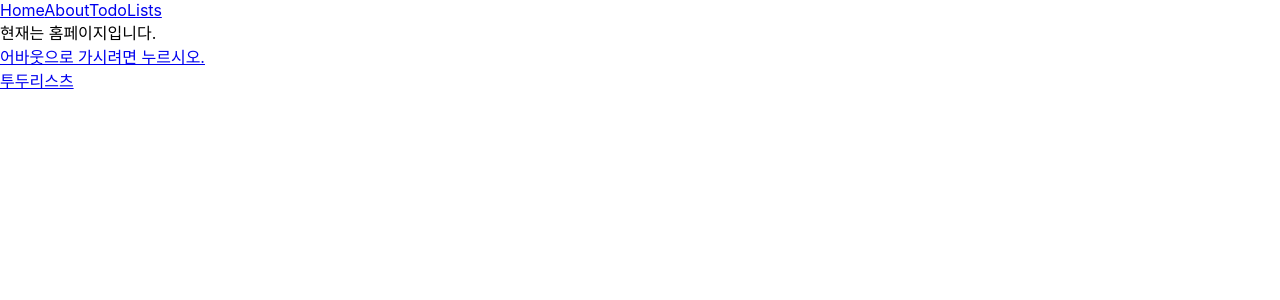
Repository: codest00001/cra-app_reactstudy
Page: /
The author's editor kept a copy of each file at every save. The page is drawn from the files as they stood at one save, then again after the next save.
The browser window is 1280 px wide. The pictures show the whole page.
The project was rebuilt for these pictures with package versions that can differ from the ones it lists, and the page was loaded fresh each time. Also part of the build but not shown: src/pages/About.js, src/pages/TodoLists.js.

Above is the page before, as saved 2024-09-11 10:58:14.

### src/index.js
import React from 'react'; //노드모듈안에 리액트가 있나보다하고 가져옴. 앞에 / 이런식의 경로 없으면 npm에서 설치된거구나하고생각.
import ReactDOM from 'react-dom/client';
import './index.css';
import App from './App';
//App.js에서 .js는 생략가능. 이렇게 불러와야 쓸 수 있음.
//아래에서 <APP />으로 사용
//app.js에서는 export해줘야함. 여기서는 임포트. 불러올 대상은 export마지막에 할 것.
import reportWebVitals from './reportWebVitals';

//index.html의 root를 가져옴.
//app.js로 가서 실행

const root = ReactDOM.createRoot(document.getElementById('root'));
root.render(
  //app.js로 가서 실행
  // <React.StrictMode>
    <App />
  // </React.StrictMode>
);

// If you want to start measuring performance in your app, pass a function
// to log results (for example: reportWebVitals(console.log))
// or send to an analytics endpoint. Learn more: https://bit.ly/CRA-vitals
reportWebVitals();

### src/App.js
import React, { useEffect, useState } from 'react';
import { BrowserRouter as Router, Routes, Route} from "react-router-dom";
import Home from './pages/Home'
import About from './pages/About'
import TodoLists from './pages/TodoLists'
import Nav from './components/Nav'

function App() {

  return (
  <>
  <Router>
  <Nav/>

    <Routes>
      <Route path="/" element={<Home/>}></Route>
      <Route path="/about" element={<About/>}></Route>
      <Route path="/todolists" element={<TodoLists/>}></Route>
      <Route ></Route>
    </Routes>
  </Router>

  </>
  );
}

export default App;

### src/pages/Home.js
// const Home = () => {

//     //a 태그를 쓰는 경우 즉 about 갈 때 깜빡거림. 풀페이지를 로드한다는 것임. 타이틀도 한 번 리셋이 되는 것임.
//     //페이지 내에서 이동할 때는 link 사용하기. 라우터에서 이동할 때는 link 사용해야 리액트 기능 제대로 쓰는 것임.
//     return (
//         <>
//         I'm Home component <br/>
//         <a href="/about">go to about</a>
//         </>
//     )
// }

// export default Home;


import {Link} from 'react-router-dom'

const Home = () => {
    return (
        <>
        현재는 홈페이지입니다. <br/>
        <Link to="/about">어바웃으로 가시려면 누르시오.</Link><br/>
        <Link to="/todolists">투두리스츠</Link>
        </>
    )
}

export default Home;

### src/components/Nav.js
import {Link} from 'react-router-dom';

const Nav = () => {
    return(
<>
<div>
<Link href="/" style={{MarginRight:"10px"}}>Home</Link>
<Link href="/about">About</Link>
<Link href="/todolists">TodoLists</Link>

</div>

</>

    )

}

export default Nav;

Loaded but not shown: public/index.html (common file); src/index.css (common file); src/reportWebVitals.js (common file)

After the next save:
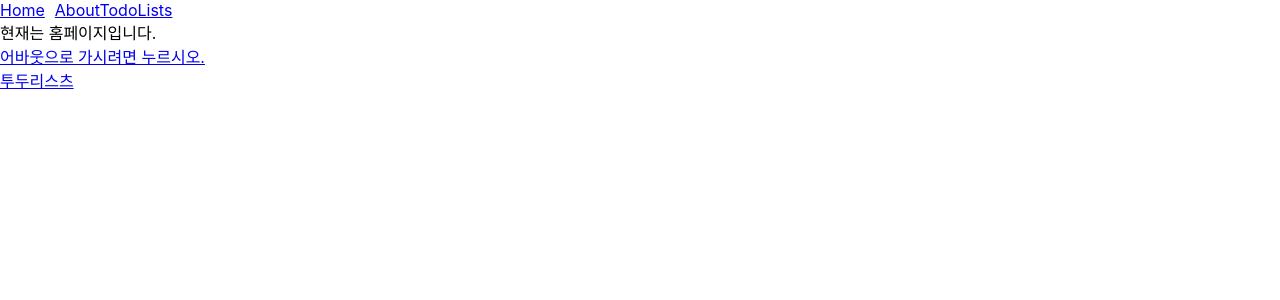
Saved 51 s later.
--- a/src/components/Nav.js
+++ b/src/components/Nav.js
@@ -4,7 +4,7 @@ const Nav = () => {
     return(
 <>
 <div>
-<Link href="/" style={{MarginRight:"10px"}}>Home</Link>
+<Link href="/" style={{marginRight:"10px"}}>Home</Link>
 <Link href="/about">About</Link>
 <Link href="/todolists">TodoLists</Link>
 
